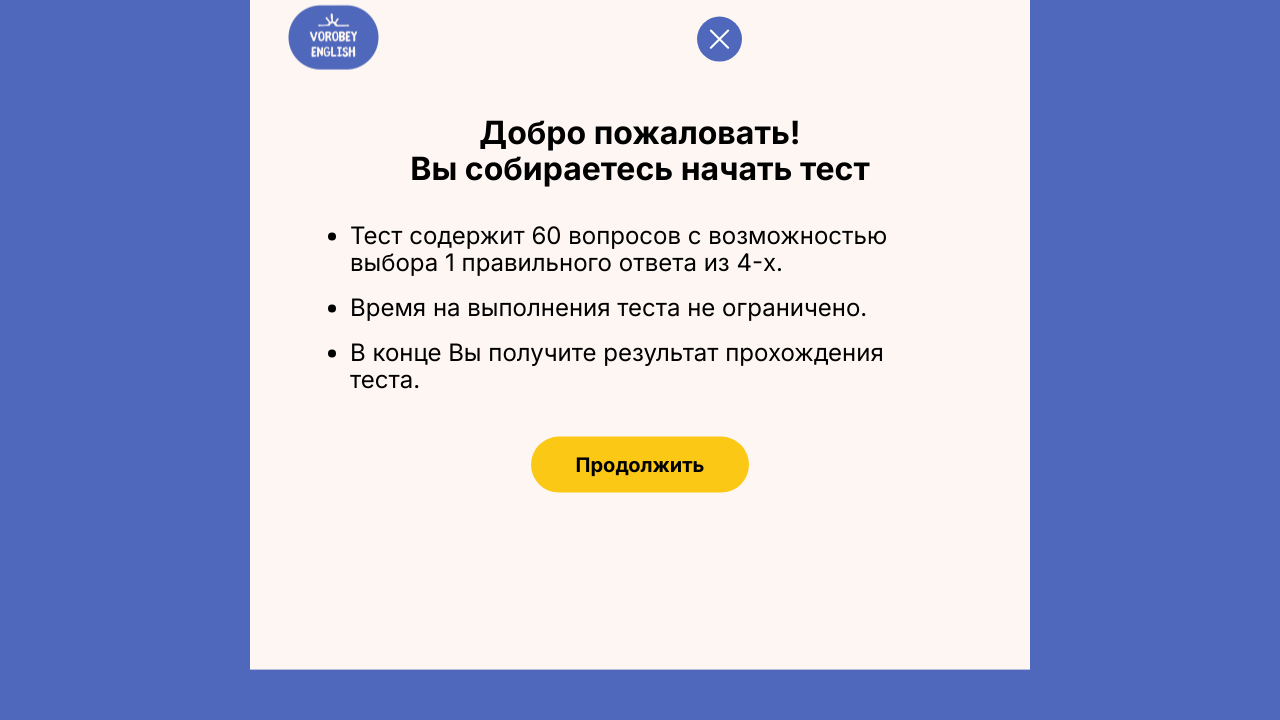
Repository: WladimirVA/PP-01-01_Dandelions
Page: next_test.html
The author's editor kept a copy of each file at every save. The page is drawn from the files as they stood at one save, then again after the next save.
The browser window is 1280 px wide. The pictures show the whole page.

Above is the page before, as saved 2023-02-14 17:25:53.

### next_test.html
<!DOCTYPE html>
<html lang="en">
<head>
    <meta charset="UTF-8">
    <meta http-equiv="X-UA-Compatible" content="IE=edge">
    <meta name="viewport" content="width=\, initial-scale=1.0">
    <link href="./static/css/name.css" rel="stylesheet" type="text/css">
    <link href="./static/css/fonts.css" rel="stylesheet" type="text/css">
    <link rel="icon" sizes="16x16" href="./static/img/Иконка _Лого_ (1_1).svg" type="image/x-icon">
    <title>Dandelions</title>
</head>
<body>
    <form class="NAME_LOGO_INFO" action="./test.html">
        <div class="Name-logo">
            <img src="./static/img/Иконка _Лого_ (1).svg">
            <img class="Name-logo-img1" src="./static/img/Ellipse 6 (2).svg">
            <a href="./Index.html"><img class="Name-logo-img" src="./static/img/Vector (5).svg"></a>
        </div>
        <div class="info">
            <p>Добро пожаловать!<br>Вы собираетесь начать тест</p>
            <ul>
                <li>Тест содержит 60 вопросов с возможностью выбора 1 правильного ответа из 4-х.</li>
                <li class="info-li">Время на выполнения теста не ограничено.</li>
                <li>В конце Вы получите результат прохождения теста.</li>
            </ul>
        </div>
        <div class="button">
            <button class="button submit_button">Продолжить</button>
        </div>

        <input type="hidden" name="name" id="" value="" >
        <input type="hidden" id="" value="" >

    </form>
    </div>
</body>
</html>

### static/css/name.css
body {
    align-items: center;
    width: 100%;
    max-width: 1366px;
    margin: auto;
    font-family: 'Inter', 'Work Sans', "NunitoSans-Light", Arial, Helvetica, sans-serif;
    background: #4F68BB;
}

* {
    margin: 0;
    padding: 0;
}

.NAME_LOGO {
    width: 560px;
    height: 480px;
    position: fixed; top: 50%; left: 50%;
    transform: translate(-50%, -55%);
    /* box-shadow: 0px 0px 25px; */
    background-color: #FEF6F3;
}

.NAME_LOGO_INFO {
    width: 780px;
    height: 688px;
    position: fixed; top: 50%; left: 50%;
    transform: translate(-50%, -55%);
    /* box-shadow: 0px 0px 25px; */
    background-color: #FEF6F3;
}

.Name-logo {
    display: flex;
}

.Name-logo a {
    margin: 30px 0 0 0px;
}

.Name-logo-img1 {
    margin: 17px 0 0 280px;
}

.Name-logo-img {
    margin: 17px 0 0 -33px;
}


.name {
    margin: 60px 0 0 70px;
}

.name p {
    text-align: right;
    margin: 15px 73px 66px 0;
    font-family: 'Inter';
    font-style: normal;
    font-weight: 400;
    font-size: 12px;
    line-height: 16px;
}

.label {
    text-align: center;
    font-family: 'Inter';
    font-style: normal;
    font-weight: 400;
    font-size: 20px;
    line-height: 24px;
}

.text-input {
    margin: 15px 0 0 0;
    width: 388px;
    height: 48px;
    border: 1px solid #000000;
    border-radius: 10px;
}
.button {
    text-align: center;
}
.submit_button {
    background: #FBC815;
    border-radius: 50px;
    width: 218px;
    height: 56px;
    font-family: 'Inter';
    font-style: normal;
    font-weight: 700;
    font-size: 20px;
    line-height: 24px;
    border: 0;
    cursor: pointer;
}

.submit_button:hover {
    background-color: #BC9F3B;
}

.submit_button:active {
    background-color: #FDE07D;
}

.info p {
    text-align: center;
    font-family: 'Inter';
    font-style: normal;
    font-weight: 700;
    font-size: 32px;
    line-height: 36px;
    margin: 35px 0 35px 0;
}

.info-li {
    margin: 18px 0 18px 0;
}

.info ul {
    margin: 0 0 25px 100px;
    width: 580px;
    height: 190px;
    font-family: 'Inter';
    font-style: normal;
    font-weight: 400;
    font-size: 24px;
    line-height: 27px;
}

### static/css/fonts.css
/* @import url('https://fonts.googleapis.com/css2?family=Work+Sans:ital,wght@0,600;0,800;1,800&display=swap'); */


/* @import url('https://fonts.googleapis.com/css2?family=Inter:wght@400;500;600;700;800&family=Work+Sans:ital,wght@0,600;0,800;1,800&display=swap'); */


@import url('https://fonts.googleapis.com/css2?family=Inter:wght@100;200;300;400;500;600;700;800;900&display=swap');

@import url('https://fonts.googleapis.com/css2?family=Inter:wght@100;200;300;400;500;600;700;800;900&family=Work+Sans:ital,wght@0,100;0,200;0,300;0,400;0,500;0,600;0,700;0,800;0,900;1,100;1,200;1,300;1,400;1,500;1,600;1,700;1,800;1,900&display=swap');

After the next save:
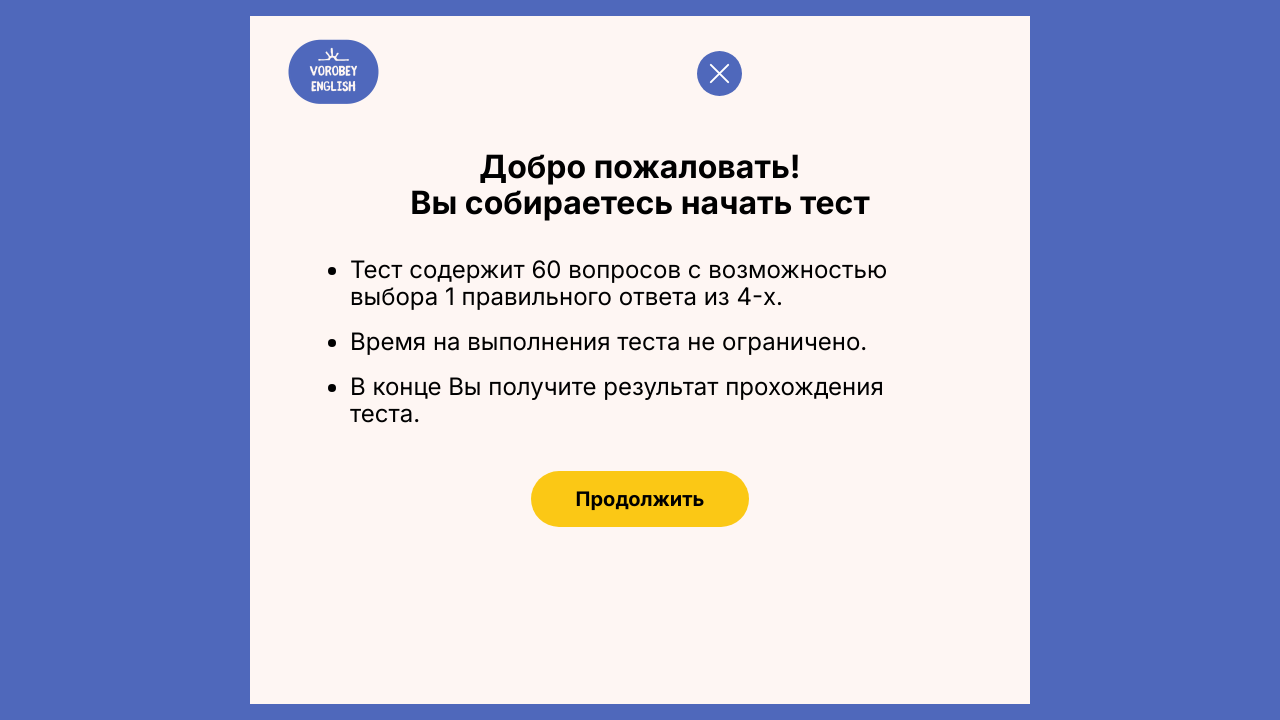
Saved 2 min 44 s later.
--- a/static/css/name.css
+++ b/static/css/name.css
@@ -28,6 +28,11 @@ body {
     transform: translate(-50%, -55%);
     /* box-shadow: 0px 0px 25px; */
     background-color: #FEF6F3;
+
+    position: absolute;
+    top:  50%;
+    left: 50%;
+    transform: translate(-50%,-50%);
 }
 
 .Name-logo {
